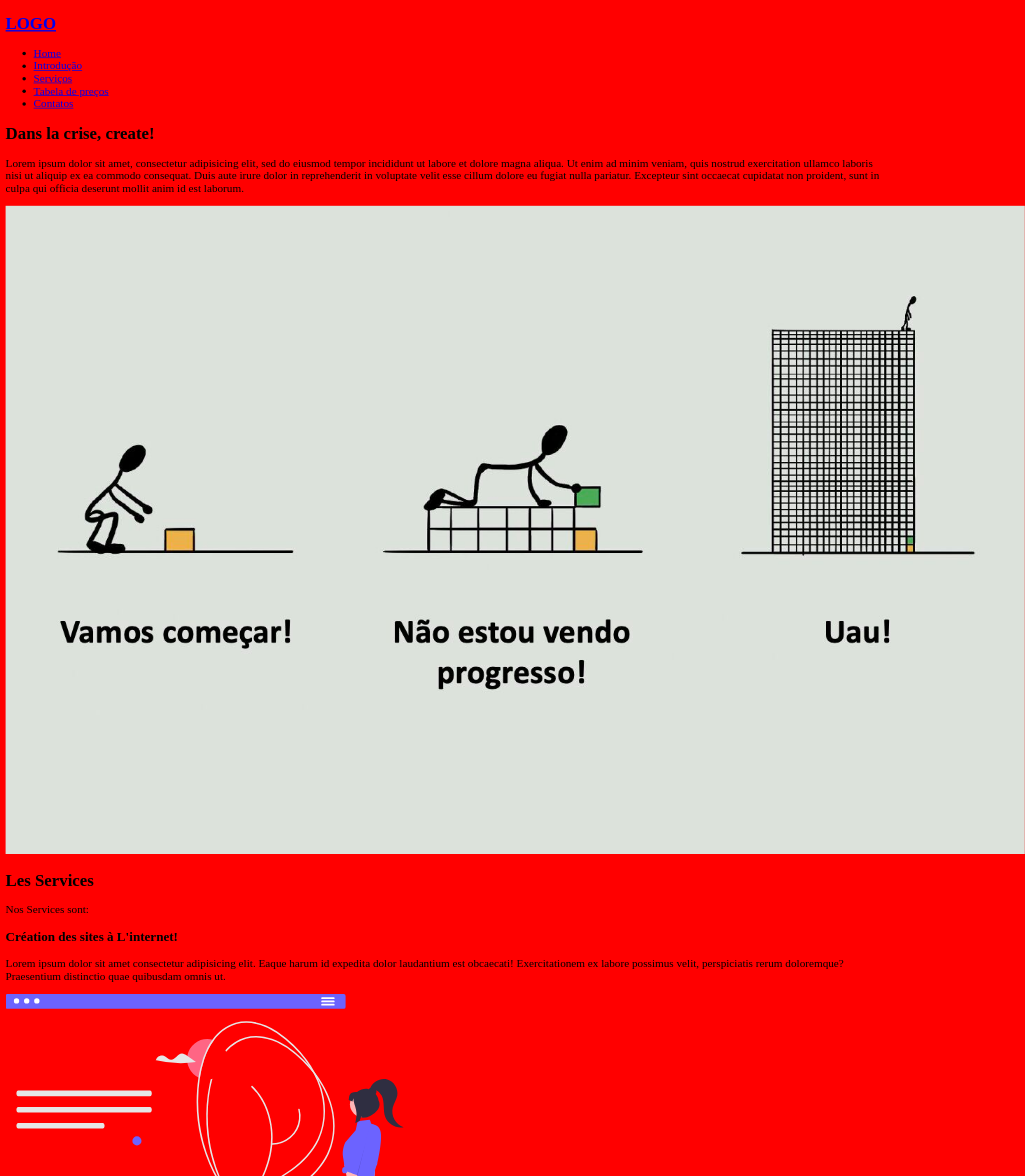
Repository: MarcioFreitasUFSC21/Proejct00
Page: ExampleSite/Assets/index2.html
The author's editor kept a copy of each file at every save. The page is drawn from the files as they stood at one save, then again after the next save.
The browser window is 1280 px wide. The page is 1464 px wide, so the pictures cover 1464 px, including what lies to the right of the window. The pictures show the part of the page from y = 0 to 1680 px (the page is 3767 px tall), at 70% of full size.

Above is the page before, as saved 2023-03-18 21:22:56.

After the next save:
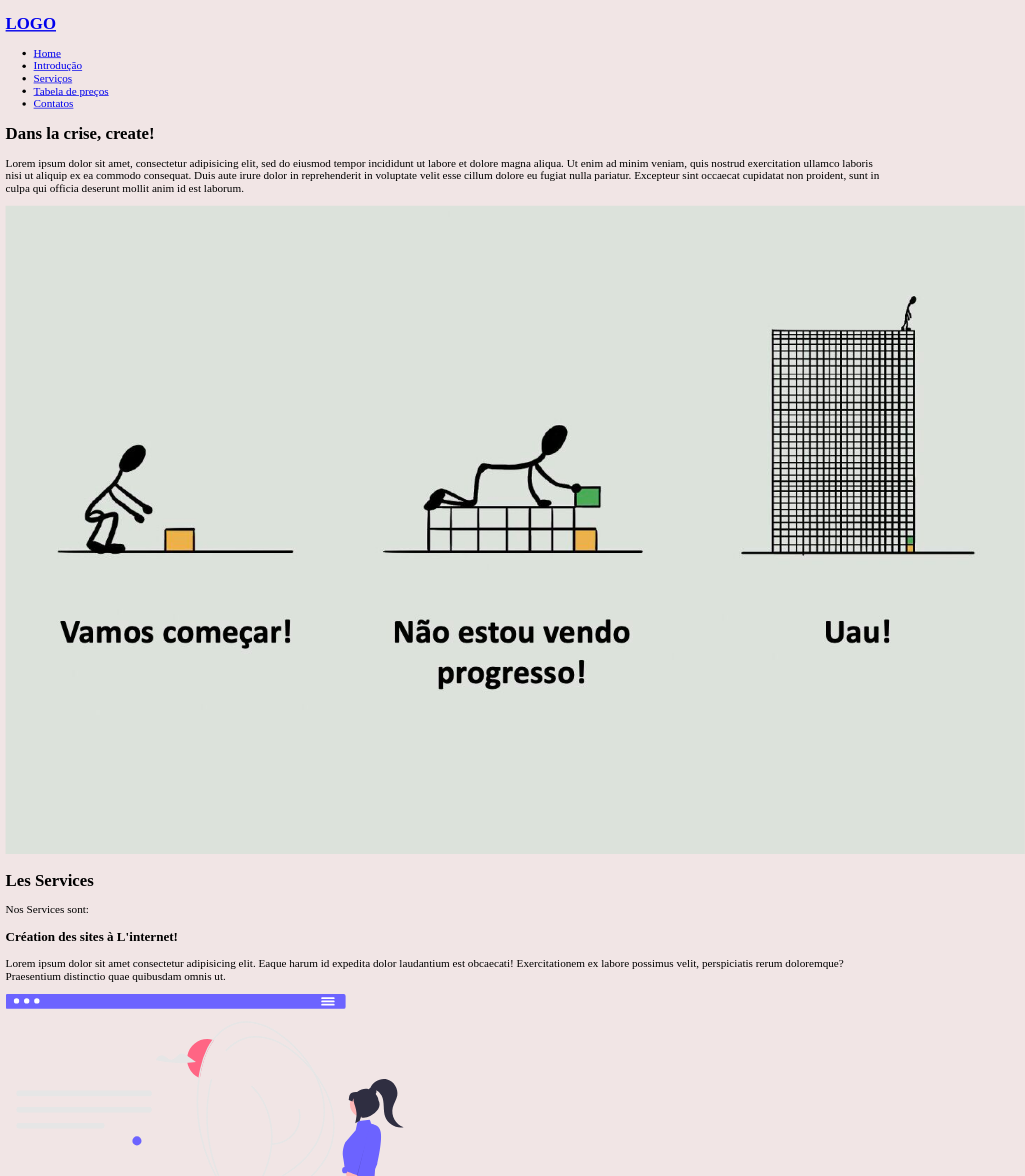
Saved 36 s later.
--- a/ExampleSite/Assets/Assets/CSS/style.css
+++ b/ExampleSite/Assets/Assets/CSS/style.css
@@ -1 +1 @@
-body {background: red;}
+body {background: rgb(241, 229, 229);}
